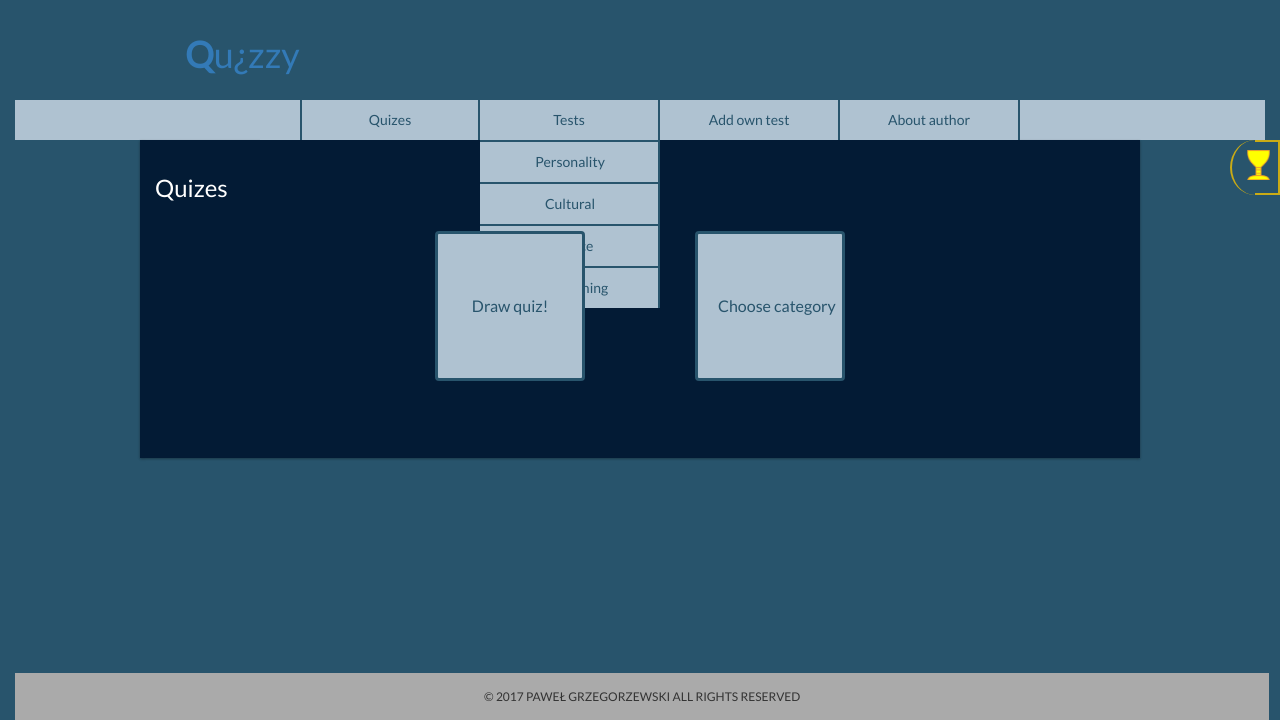
Repository: pgrzegorzewski/quiz
Page: http://localhost/app/quiz.php
An editor plug-in stored every save of this project. The page is shown before and after the next save, followed by the edit.
The browser window is 1280 px wide. The pictures show the whole page.
Some web libraries are served in a nearby version. The page is run by PHP 8.4 with error messages shown; the project is at /var/www/html/.

Above is the page before, as saved 2017-04-22 12:42:49.

### htdocs/app/learningapp/app/quiz.php
<!DOCTYPE html>
<html>
<head>
	<meta name="viewport" content="width=device-width, initial-scale=1.0">
	<meta http-equiv="content-type" content="text/html; charset=utf-8">
	<meta charset="utf-8">
	<link rel="stylesheet" href="https://maxcdn.bootstrapcdn.com/bootstrap/3.3.7/css/bootstrap.min.css">
	<script src="https://ajax.googleapis.com/ajax/libs/jquery/3.1.1/jquery.min.js"></script>
	<script src="https://maxcdn.bootstrapcdn.com/bootstrap/3.3.7/js/bootstrap.min.js"></script>
	<link href="https://fonts.googleapis.com/css?family=Lato" rel="stylesheet">
	<link rel="StyleSheet" href="../css/index.css" />
	<link rel="StyleSheet" href="../css/question.css" />
	<link rel="StyleSheet" href="../css/quiz.css" />
	<link rel="StyleSheet" href="../css/side_menu_leaderboard.css" />
	<script type="text/javascript" src="../js/question.js"></script>
	<script type="text/javascript" src="../js/entertaining_test.js"></script>
	<script type="text/javascript" src="../js/side_menu_leaderboard.js"></script>
</head>

<body>

<div class="container-fluid">

	<div class= "sidemenu_2">

	</div>
	<div class= "sidemenu">
		<p style="cursor:pointer"><img src = "../resources/img/trophy.png" height = "50px" onmouseover="openLeaderboard()"/></p> <!-- &#9776; -->
	</div>
	<div id = 'leaderboard' class = 'leaderboard' onmouseleave = "closeLeaderboard()" >
		<a href = "javascript:void(0)" class = "closebtn" onclick = "closeLeaderboard()">&times;</a>
		test 1000pts;
	</div>


	<header class ="header">
		<h1 id="title"><a href ="index.php"><b>Q</b>u¿zzy</a></h1>
	</header>

	<div class="nav">
		<ol>
			<li>
				<a href ='#' id = "visited">Quizes</a>
			</li>
			<li>
				<a href ='#'>Tests</a>
				<ul>
					<li><a href="#">Personality</a></li>
					<li><a href="#">Cultural</a></li>
					<li><a href="#">Science</a></li>
					<li><a href="entertaining_test.php">Entertaining</a></li>
				</ul>
			</li>
			<li>
				<a href ='add_test.php'>Add own test</a>
			</li>
			<li>
				<a href ='#'>About author</a>
			</li>
		</ol>
	</div>

	<section class = "section">
		<div id ="welcome_div">
			<h3>Quizes</h3>

		</div>
		<div class = "row">
			<div class="col-sm-12" id="tiles">
				<?php

				echo "
					<table id = \"tile\">
						<tr>
							<td>
								<button name = '1' id = 'quizButton' class = 'category btn' >Draw quiz!</button>
							</td>
							<td style = \"width:50px\">

							</td>
							<td>
								<button name = '2' id = 'quizButton' class = 'category btn'>Choose category</button>
							</td>
						</tr>
					</table>
				";
				?>
				<br/><br/>

			</div>
		</div>
		<div class ="row">
			<div class="col-sm-12">
				<h4 id="test_title" hidden = "true">Let's begin with the</h4>
			</div>
		</div>
		<div id = "test_questions">

		</div>
		<div class ='row'>
				<div class='col-sm-12' id = 'result_div'>
					<h4 id= 'result_text' hidden = 'true'></h4>
				</div>
		</div>

	</section>
	<div class="footer">
		© 2017 PAWEŁ GRZEGORZEWSKI ALL RIGHTS RESERVED
	</div>
</div>




</body>
</html>

### htdocs/app/learningapp/css/index.css

.container-fluid
{
	min-height: 100%;
	background-color:#28546C;
	width:100%;
	font-family: 'Lato', sans-serif;
}

img{
	padding:10px;
}

#img2{
	padding:3px;
	padding-bottom:12px;
}

html {
    font-family: "Lucida Sans", sans-serif;
    background-color:#28546C;
}

h1, h2, h3 ,h4{
	color: white;
	text-align:ceter;
}

#title{
	margin-left:30px;
}

body
{
	height:100%;
	padding-bottom:60px;
	background-color:#28546C;
	margin:0px !important;

}
.page {
  margin-left:auto;
  margin-right:auto;
  width:100%;
}

.title {
	text-align:center;
}

.buttons_next_prev{
	text-align:center;
}


.header {
	width:80%;
	margin:0 auto;
    background-color: #28546C;
    color: #ffffff;
    padding: 15px;
	text-decoration: none;

}

.menu_header {
	width:80%;
    background-color: #CCCCCC;
    padding: 10px;
    color: white;
    text-align: center;
    font-size: 14px;
    box-shadow: 0 1px 3px rgba(0,0,0,0.12), 0 1px 2px rgba(0,0,0,0.24);
	width:auto;
}


.section{

	width: 80%;
	margin:0 auto;
	background-color: #031B35;
    padding: 15px;
    color: white;
    text-align: justify;
    font-size: 14px;
    box-shadow: 0 1px 3px rgba(0,0,0,0.12), 0 1px 2px rgba(0,0,0,0.24);
}

td
{
	padding-right:12px;
}


.canvas{

	 width: 500px;
	 height: 300px;
	 color: #FFFFFF;
}

.nav {
	width:100%;
	background-color:#AFC2D1;
	text-align: center;
	vertical-align:center;
}

.footer
{
	width:100%;
	background-color:#AFC2D1;
	text-align: center;
	vertical-align:center;
}

.nav ol
{
	margin:0 auto;
	background-color:#AFC2D1;
	list-style:none;
	line-height: 200%;
	display:inline-block;
	vertical-align:middle;
	height:40px;
}


ol a
{
	color: #28546C;
	text-decoration:none;
	display:block;
	height:40px;
	padding:6px;
	vertical-align: middle;
	text-align: center;
	z-index:200;
}

ol > li
{
	list-style:none;
	width: 180px;
	color: #28546C;
	background-color:#AFC2D1;
	border-right:2px solid #28546C;
	float:left;
	display: table-cell;

}

ol > li:hover
{
	background-color:#031B35;

}

ol > li a:hover
{
	color:white;
	border: 1px solid white;
}


ol > li:first-child
{
	border-left:2px solid #28546C;
}

ol > li > ul
{
	position: relative;
	z-index: auto;
	list-style-type: none;
	padding:0;
	margin:0 auto;
}

ol > li > ul > li
{
	border-top: 2px solid #28546C;
}

ol > li > ul > li > a
{
	width: 180px;
}


.menu a:link, a:visited {
    color: white;
    background-color: #CCCCCC;
	padding: 3px;
	width: width:1200px;;
    text-decoration: none;
    display: inline-block;
}


.menu a:hover, a:active {
    color: white;
	background-color: #999999;
}

.section a:link, a:visited {
    color: #000000;
    background-color: #CCCCCC;
	padding: 3px;
	width: 50px;
    text-decoration: none;
}


.section a:hover, a:active {
    background-color: #999999;
	color: white;
}

.footer {
    background-color: #AAAAAA;
    font-size: 12px;
    padding: 15px;
    bottom: 0;
    position : fixed;
    width:98%

}

.submenu{
	display:none;
}



@media only screen and (min-width: 768px) and (max-width: 922px) {
    .col-m-1 {width: 8.33%;}
    .col-m-2 {width: 16.66%;}
    .col-m-3 {width: 25%;}
    .col-m-4 {width: 33.33%;}
    .col-m-5 {width: 41.66%;}
    .col-m-6 {width: 50%;}
    .col-m-7 {width: 58.33%;}
    .col-m-8 {width: 66.66%;}
    .col-m-9 {width: 75%;}
    .col-m-10 {width: 83.33%;}
    .col-m-11 {width: 91.66%;}
    .col-m-12 {width: 100%;}
}

@media only screen and (min-width: 922px) and (max-width: 1200px) {
    .col-1 {width: 8.33%;}
    .col-2 {width: 16.66%;}
    .col-3 {width: 25%;}
    .col-4 {width: 33.33%;}
    .col-5 {width: 41.66%;}
    .col-6 {width: 50%;}
    .col-7 {width: 58.33%;}
    .col-8 {width: 66.66%;}
    .col-9 {width: 75%;}
    .col-10 {width: 83.33%;}
    .col-11 {width: 91.66%;}
    .col-12 {width: 100%;}
}

@media only screen and (min-width: 1200px){
    .col-1 {width: 8.33%;}
    .col-2 {width: 16.66%;}
    .col-3 {width: 25%;}
    .col-4 {width: 33.33%;}
    .col-5 {width: 41.66%;}
    .col-6 {width: 50%;}
    .col-7 {width: 58.33%;}
    .col-8 {width: 66.66%;}
    .col-9 {width: 75%;}
    .col-10 {width: 83.33%;}
    .col-11 {width: 91.66%;}
    .col-12 {width: 100%;}
}

### htdocs/app/learningapp/css/question.css
#question
{
	text-align: center;

}


#question button{
	min-width: 50px;
	text-align: center;
}

#question th{
	min-width: 50px;
	text-align: center;
}

td, th > #question{
	min-width: 90px;
	padding:10px;
	text-align: center;
}

### htdocs/app/learningapp/css/quiz.css
#quizButton
{
	padding:20px;
}


#tiles
{
	padding:10px;
	z-index:50;
	position:relative;
}

#tile
{
	text-align:center;
	margin-left:auto;
	margin-right:auto;

}

button .clicked
{
	background-color:#6ac65b;
}

#tile  tr  td
{
	width: 150px;
	height: 150px;
}

#tile  tr  td > button
{
	background-color:#AFC2D1;
	color:#28546C;
	width: 150px;
	height: 150px;
	border: 3px solid #28546C;
	font-size:16px;
	z-index:50;
}

#tile  tr  td >button:hover
{
	background-color:#CAAB15;
	color:white;
	width: 150px;
	height: 150px;
	border: 3px solid #28546C;
}

### htdocs/app/learningapp/css/side_menu_leaderboard.css
.leaderboard
{
	height:40%;
	width:0;
	position: fixed;
	z-index: 250;
	top: 140px;
	right: 0;
	border:0px solid #CAAB15;
	background-color:#AFC2D1;
	overflow-x: hidden;
	transition: 0.5s;
	padding-top: 60px;
	hidden:true;
	text-align:center;
}

.leaderboard .closebtn{
	position: absolute;
	top: 0;
	right:5px;
	font-size: 25px;
	margin-right: 0px;
}

.sidemenu
{
	height:55px;
	width:50px;
	border-radius:100%;
	border-left:2px solid #CAAB15;
	position: fixed;
	z-index: 200;
	top: 140px;
	right: 0;
	font-size:20px;
	text-align:center;
}

.sidemenu_2
{
	height:55px;
	width:25px;
	position: fixed;
	z-index: 150;
	top: 140px;
	right: 0;
	border-bottom:2px solid #CAAB15;
	border-top:2px solid #CAAB15;
	border-right:2px solid #CAAB15;
}

### htdocs/app/learningapp/js/question.js

function checkAnswear(button)
{
	if($(button).attr("id") == '1')
		alert("You won");
	else
		alert("nope");
}

### htdocs/app/learningapp/js/side_menu_leaderboard.js
function openLeaderboard()
{
	document.getElementById("leaderboard").style.width = "250px";
	document.getElementById("leaderboard").style.border = "2px solid #CAAB15";

}

function closeLeaderboard()
{
	document.getElementById("leaderboard").style.width = "0px";
	document.getElementById("leaderboard").style.border = "0px solid #CAAB15";
}

Loaded but not shown: htdocs/app/learningapp/js/entertaining_test.js (no copy from this time; the picture is the same without it)

After the next save:
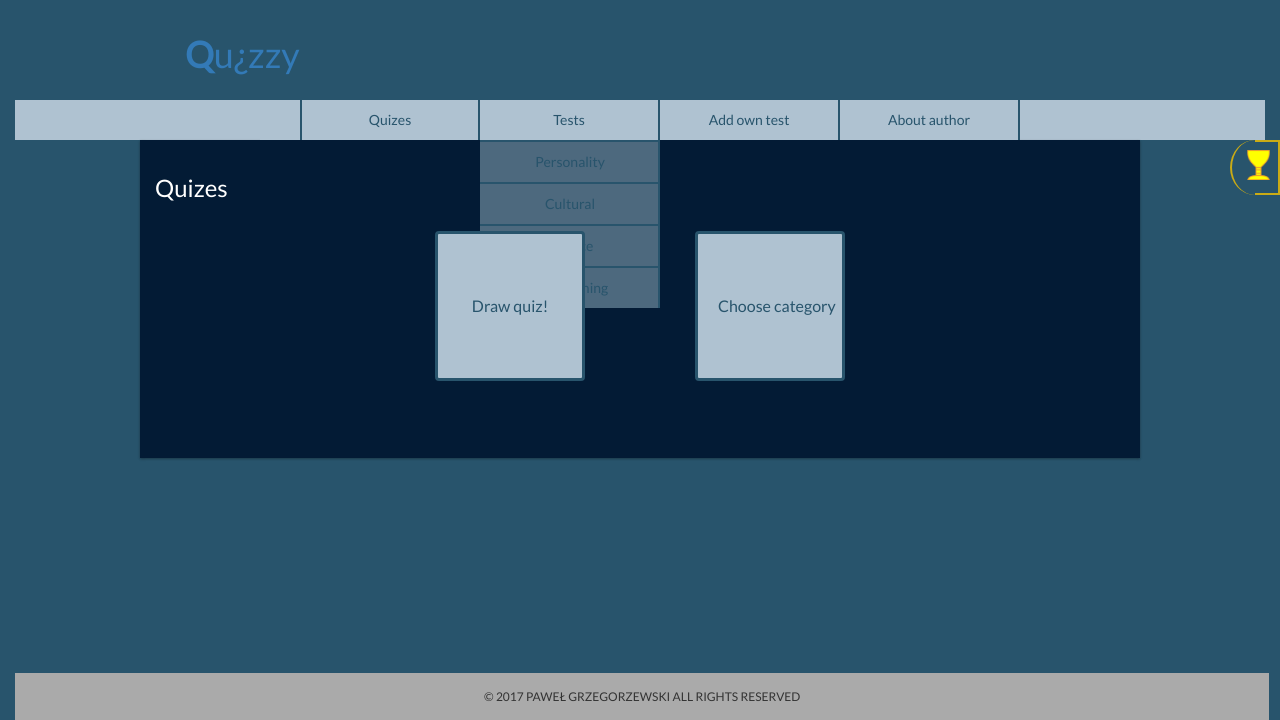
Saved 2 min 42 s later.
--- a/htdocs/app/learningapp/css/index.css
+++ b/htdocs/app/learningapp/css/index.css
@@ -181,6 +181,8 @@
 ol > li > ul > li
 {
 	border-top: 2px solid #28546C;
+	background-color: #4D697E;
+
 }
 
 ol > li > ul > li > a

After the 4 saves that followed:
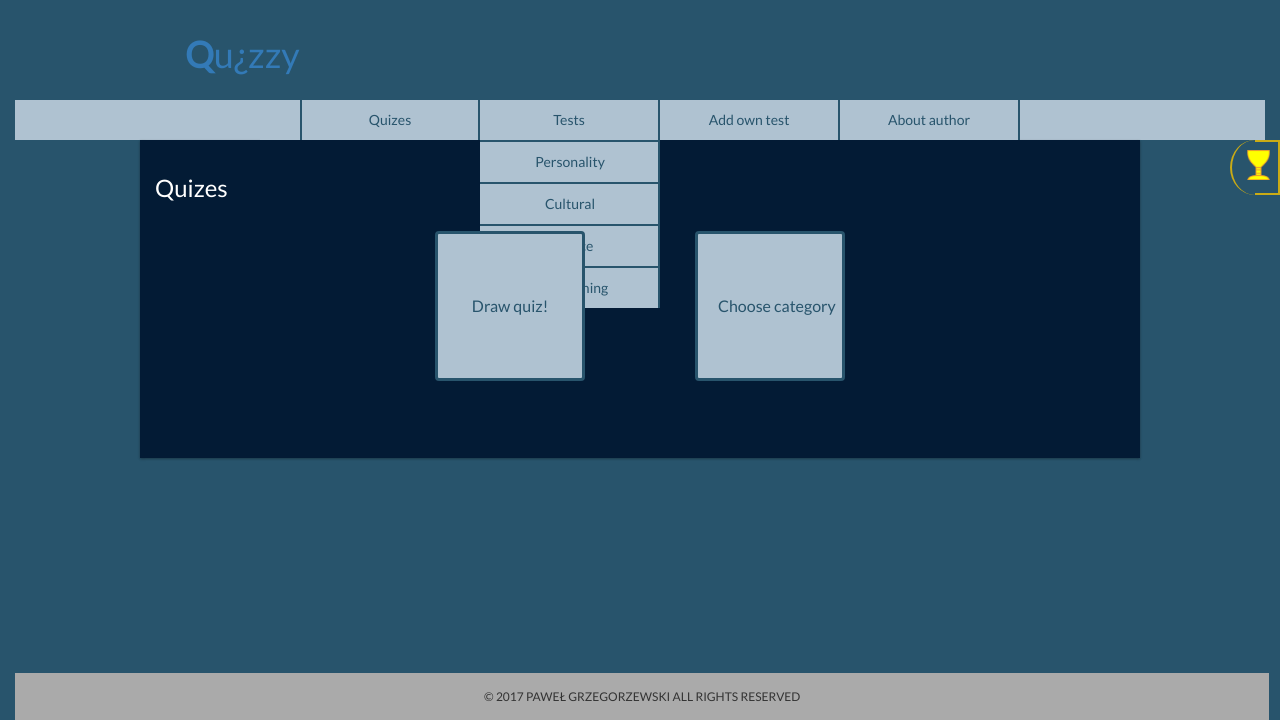
The 4 saves are shown as one change because 3 left the picture as it was.
The last was saved 13 min 47 s later.
--- a/htdocs/app/learningapp/css/index.css
+++ b/htdocs/app/learningapp/css/index.css
@@ -163,6 +163,12 @@
 	border: 1px solid white;
 }
 
+ol > li:hover > a
+{
+	color:white;
+	border: 1px solid white;
+}
+
 
 ol > li:first-child
 {
@@ -181,7 +187,7 @@
 ol > li > ul > li
 {
 	border-top: 2px solid #28546C;
-	background-color: #4D697E;
+	background-color: #AFC2D1;
 
 }
 
@@ -190,6 +196,16 @@
 	width: 180px;
 }
 
+ol > li > ul > li:hover
+{
+	background-color:#031B35;
+}
+
+ol > li > ul > li > a:hover
+{
+	color:white;
+	border: 1px solid white;
+}
 
 .menu a:link, a:visited {
     color: white;
@@ -200,6 +216,11 @@
     display: inline-block;
 }
 
+
+.menu a:hover, a:active {
+    color: white;
+	background-color: #999999;
+}
 
 .menu a:hover, a:active {
     color: white;
